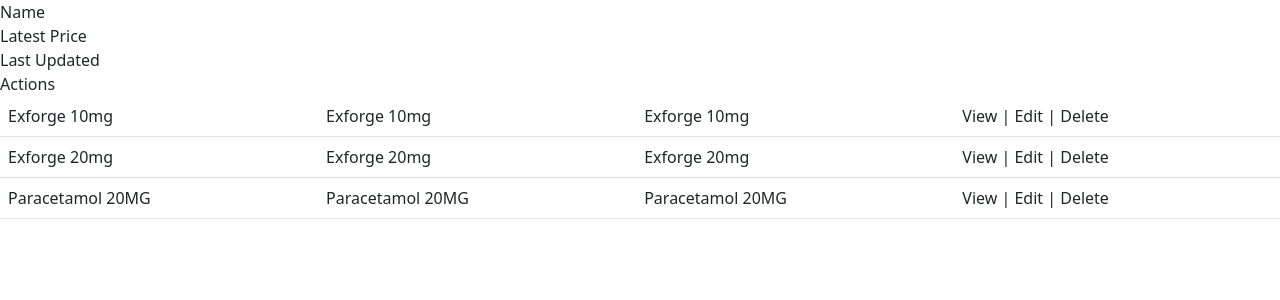
Repository: tHEO2k17/inventory-manager
Page: /
An editor plug-in stored every save of this project. The page is shown before and after the next save, followed by the edit.
The browser window is 1280 px wide. The pictures show the whole page.
The project was rebuilt for these pictures with package versions that can differ from the ones it lists, and the page was loaded fresh each time.

Above is the page before, as saved 2021-08-31 07:38:39.

After the next save:
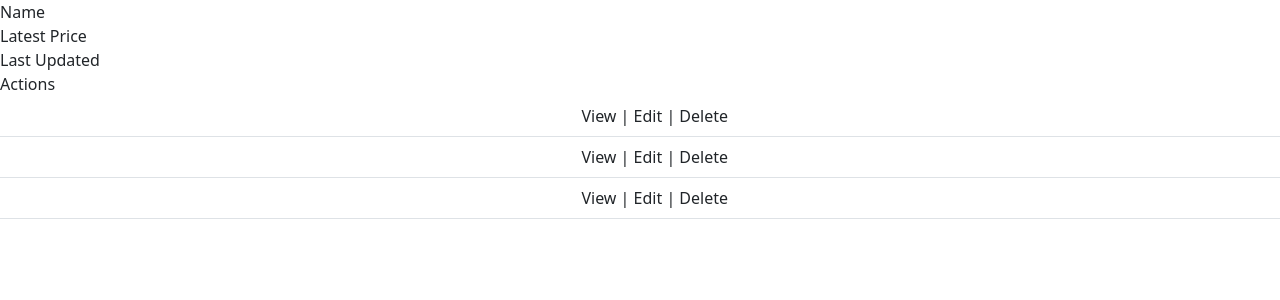
Saved 18 s later.
--- a/src/presentation/components/Product.tsx
+++ b/src/presentation/components/Product.tsx
@@ -1,4 +1,4 @@
-const Product = ({product}) => {
+const Product = (product: any) => {
     return (
         <tr>
             <td>{product.name}</td>
